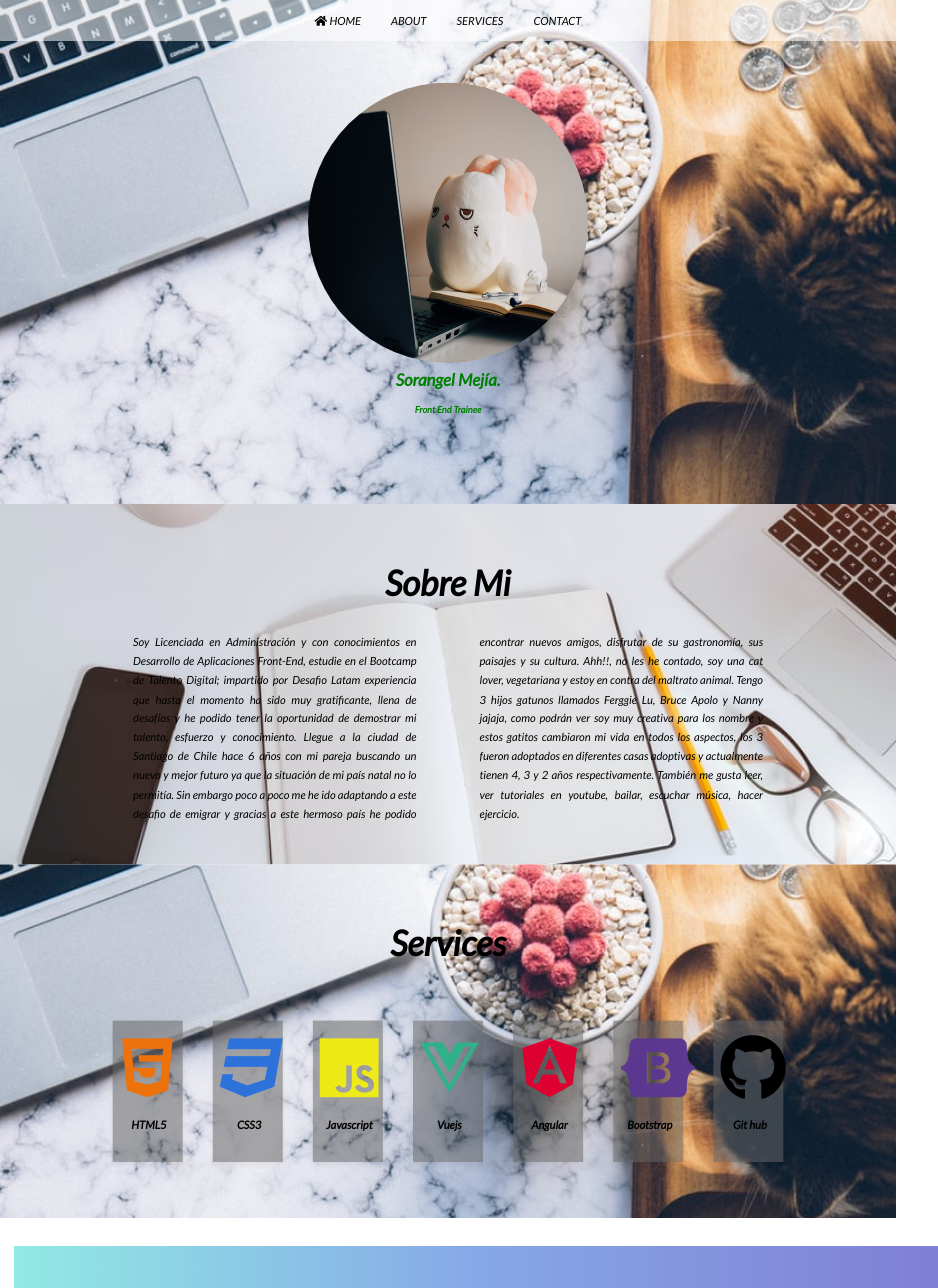
Repository: sory2311/portfolio-css
Page: index.html
These files come from the project's save history. The page is drawn as it stood at one moment and after the next save; the edit follows.
The browser window is 1280 px wide. The page is 1340 px wide, then 1280 px, so the pictures cover 1340 px, including what lies to the right of the window. The pictures show the part of the page from y = 0 to 1840 px (the page is 2620 px tall before and 2460 px after), at 70% of full size.
Backgrounds fixed to the window are drawn as part of the page. Some web libraries are served in a nearby version.

Above is the page before, as saved 2021-05-27 18:05:37.

After the next save:
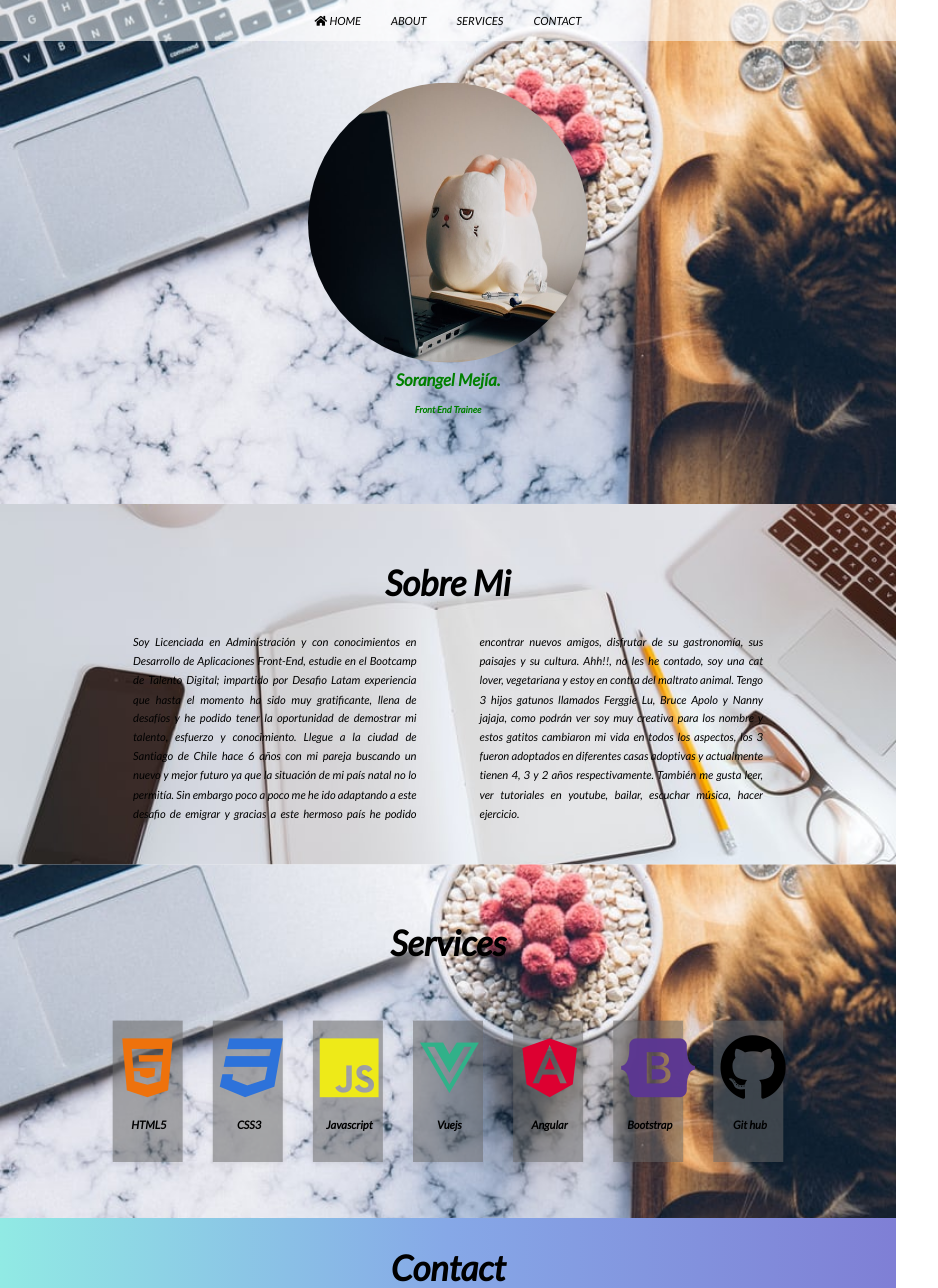
Saved 17 s later.
--- a/css/style.css
+++ b/css/style.css
@@ -204,11 +204,9 @@
 
     width: 100%;
     height: 100vh;
-    margin: 40px 20px;
-    padding: 40px 20px;
     background: #7F7FD5;  /* fallback for old browsers */
-background: -webkit-linear-gradient(to right, #91EAE4, #86A8E7, #7F7FD5);  /* Chrome 10-25, Safari 5.1-6 */
-background: linear-gradient(to right, #91EAE4, #86A8E7, #7F7FD5); /* W3C, IE 10+/ Edge, Firefox 16+, Chrome 26+, Opera 12+, Safari 7+ */
+    background: -webkit-linear-gradient(to right, #91EAE4, #86A8E7, #7F7FD5);  /* Chrome 10-25, Safari 5.1-6 */
+    background: linear-gradient(to right, #91EAE4, #86A8E7, #7F7FD5); /* W3C, IE 10+/ Edge, Firefox 16+, Chrome 26+, Opera 12+, Safari 7+ */
 
     text-align: center;
     float: left;
